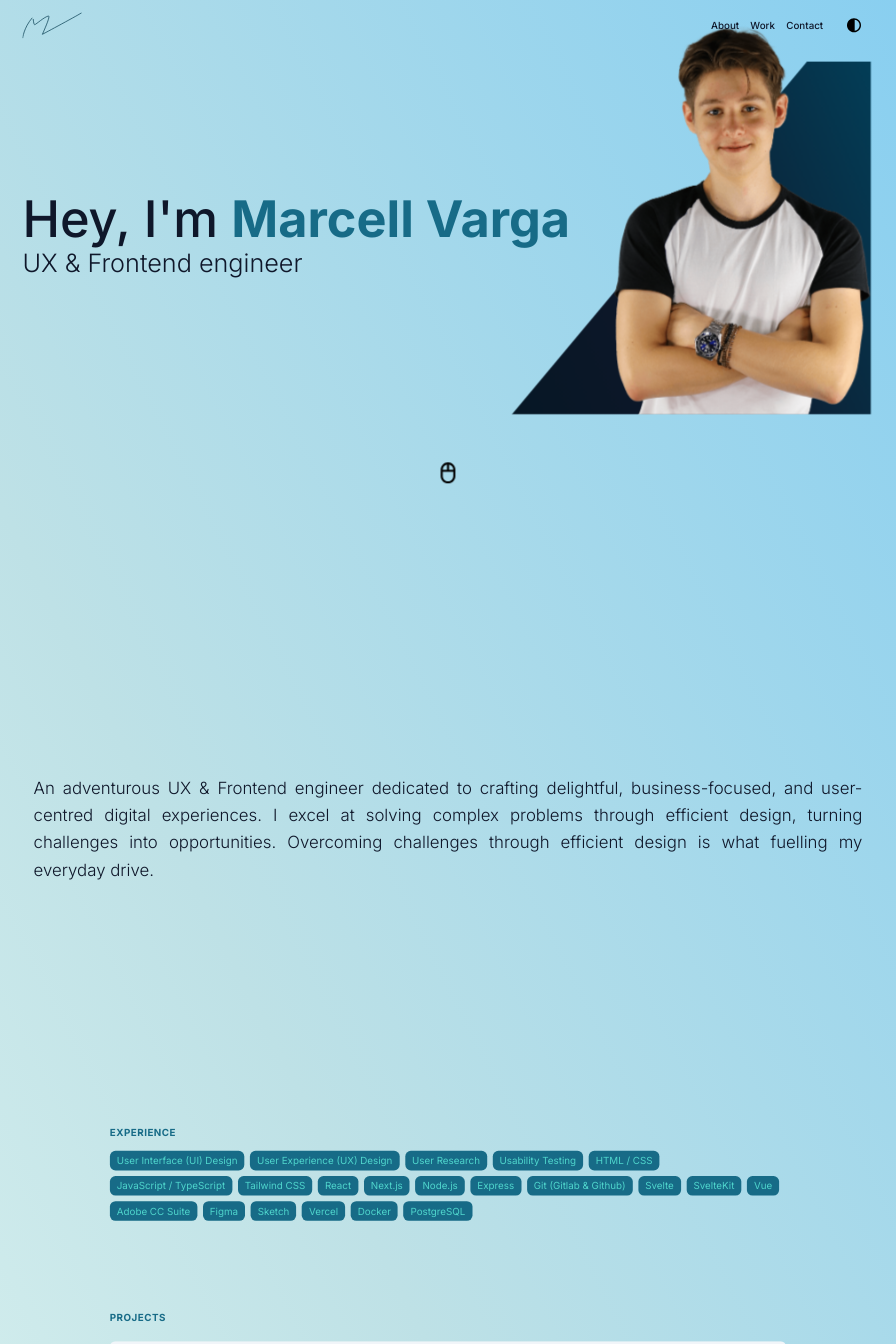
Repository: TheMarcellVarga/personal-portfolio-v.2
Page: /
The author's editor kept a copy of each file at every save. The page is drawn from the files as they stood at one save, then again after a run of saves.
The browser window is 1280 px wide. The pictures show the part of the page from y = 0 to 1920 px (the page is 4294 px tall), at 70% of full size.
The project was rebuilt for these pictures with package versions that can differ from the ones it lists, and the page was loaded fresh each time. The framework's server and built-in components were replaced by stand-ins that run in the browser. Also part of the build but not shown: next.config.mjs.

Above is the page before, as saved 2024-07-19 00:32:45.

After the next 10 saves:
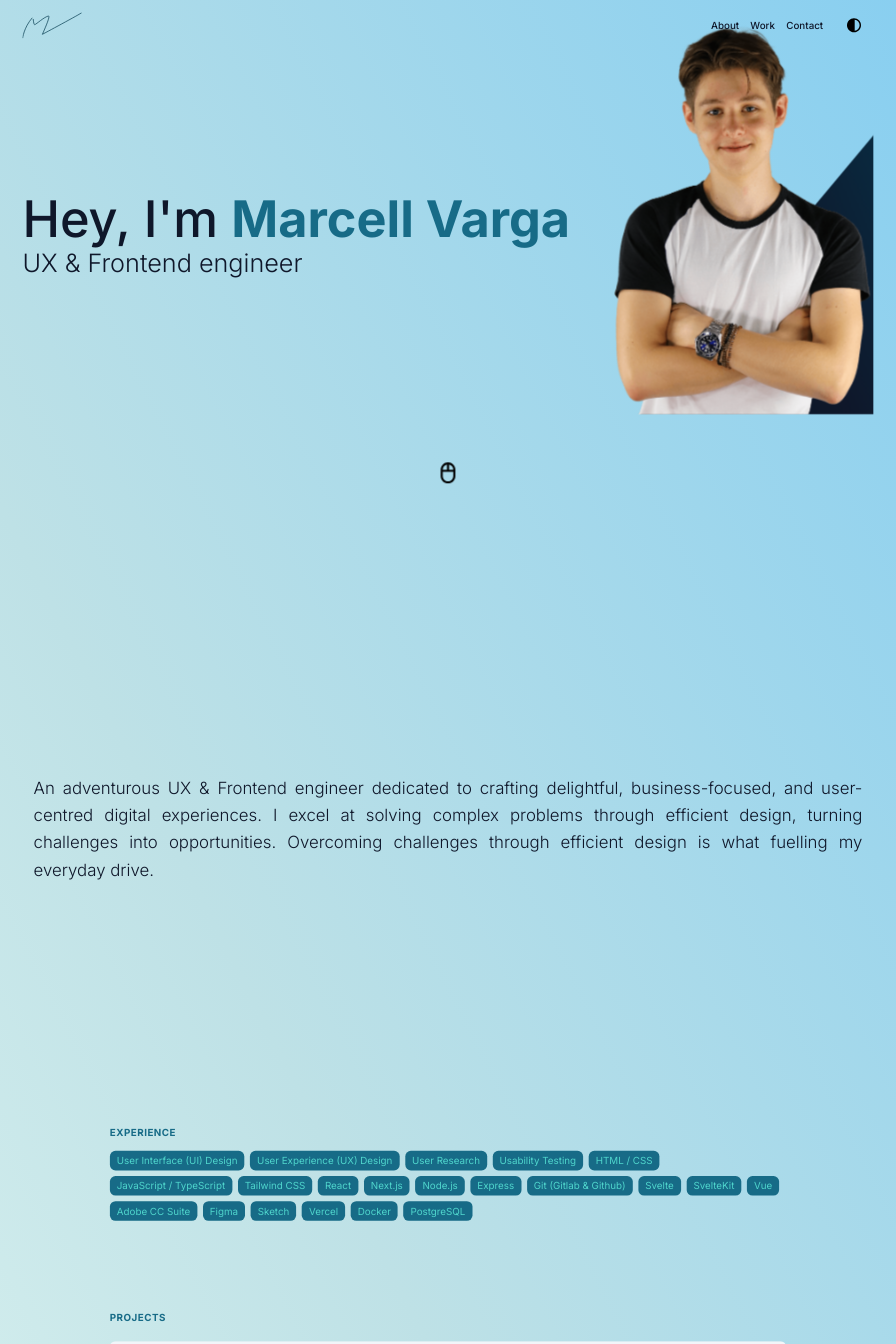
The 10 saves are shown as one change because they came seconds apart.
The last was saved 46 s later.
--- a/app/globals.css
+++ b/app/globals.css
@@ -271,7 +271,7 @@ body {
   top: 0; /* Keeps it at the top */
   left: auto;
   right: 0;
-  width: 55%; /* Adjust based on your needs */
+  width: 40%; /* Adjust based on your needs */
   height: 100%; /* Adjust based on your needs */
   z-index: 1;
 }
